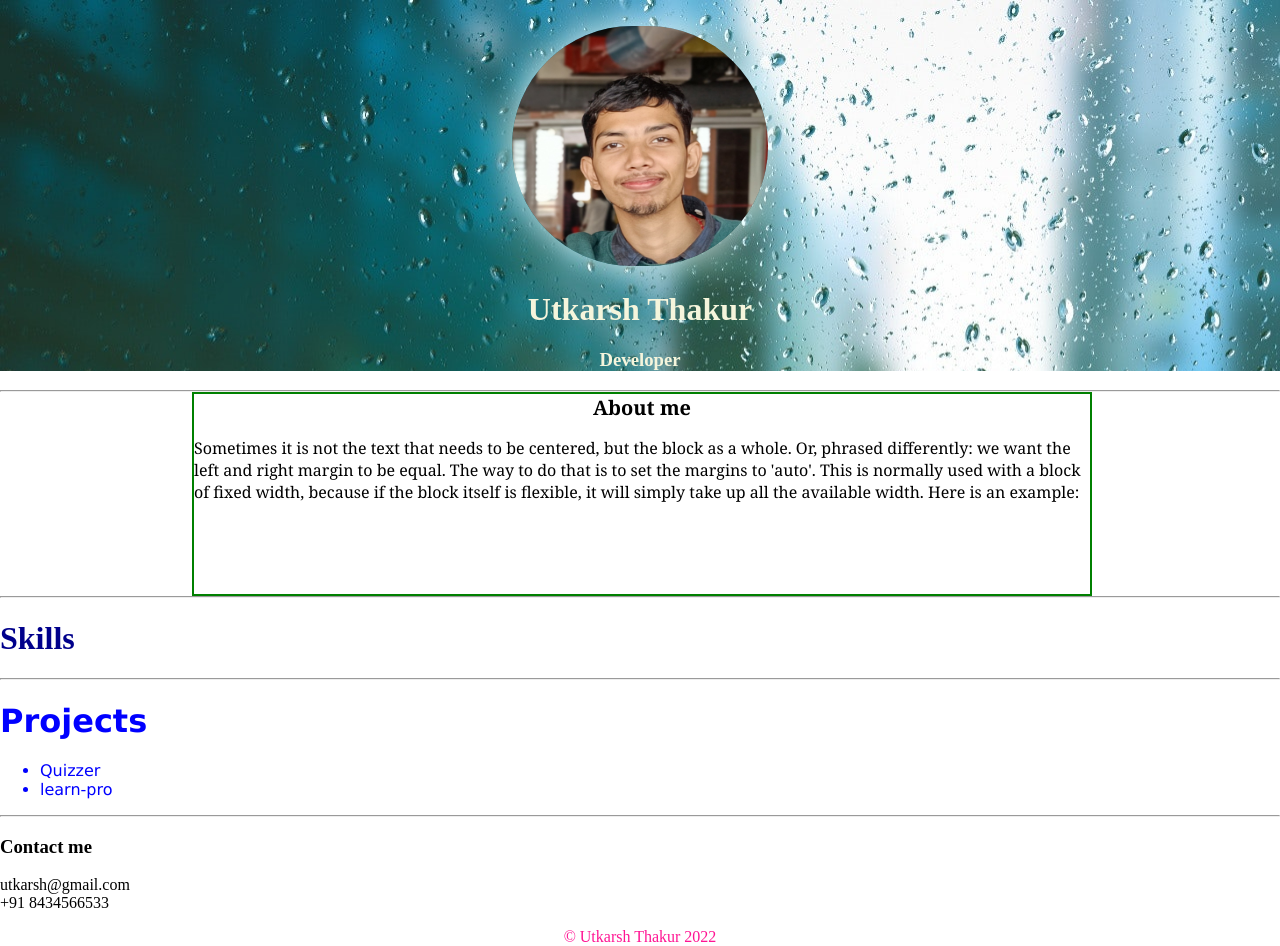
Repository: UtkarshThakur321/Utkarsh-Thakur-Profile
Page: index.html
An editor plug-in stored every save of this project. The page is shown before and after the next save, followed by the edit.
The browser window is 1280 px wide. The pictures show the whole page.

Above is the page before, as saved 2022-01-22 23:36:10.
Not found: main.js

After the next save:
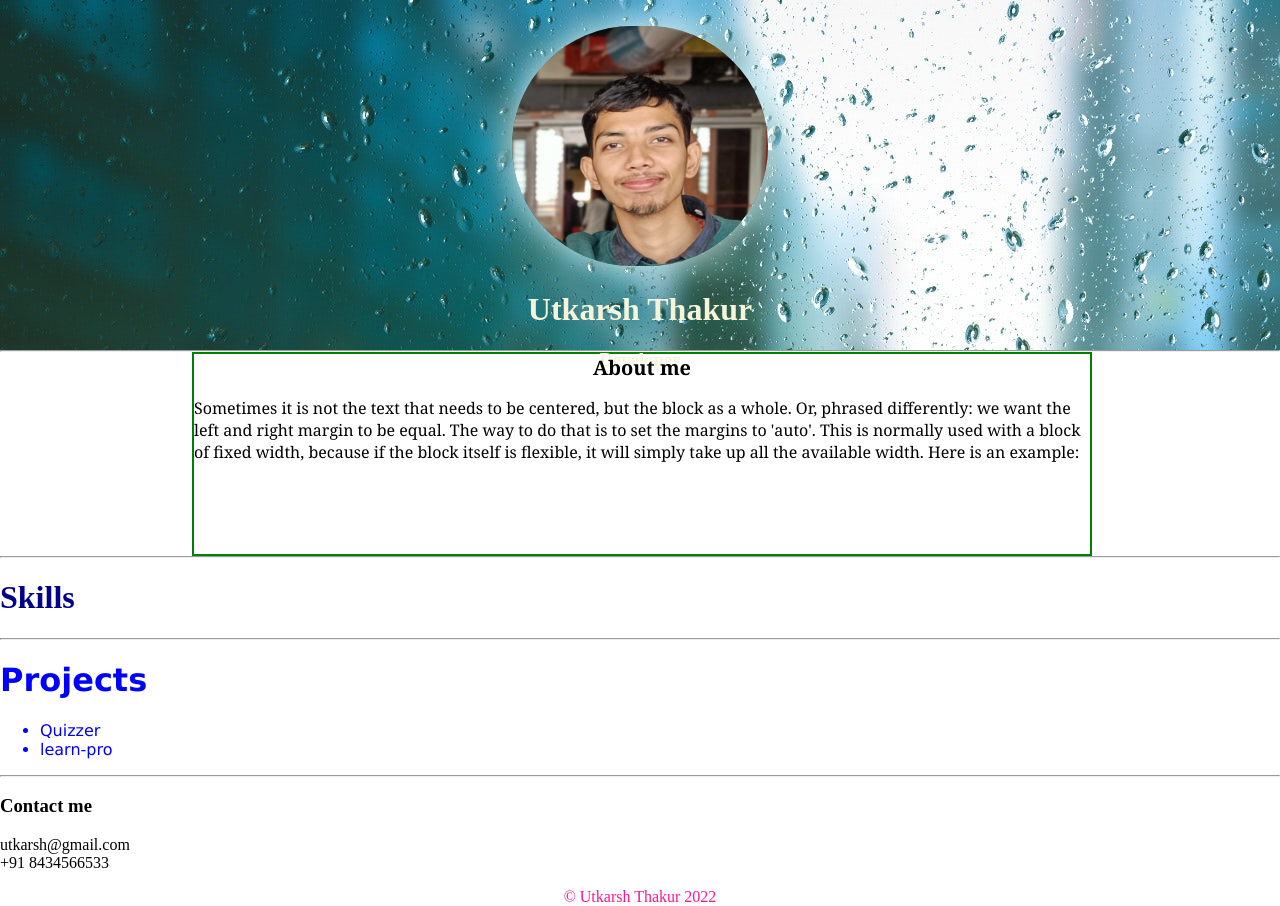
Saved 22 s later.
--- a/index.css
+++ b/index.css
@@ -8,7 +8,7 @@ body{
 
 #intro{
     background-image:url("./bg.jpg");
-    height
+    height: 350px;
 }
 
 
